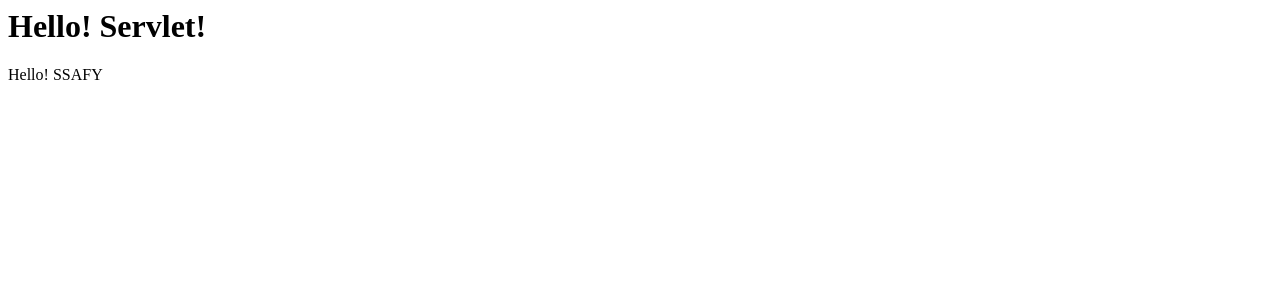
Repository: juhyung1/java_edu_web
Page: http://localhost/BackEnd_01_Servlet/Hello
An editor plug-in stored every save of this project. The page is shown before and after the next save, followed by the edit.
The browser window is 1280 px wide. The pictures show the whole page.
The page is served by Tomcat 10.

Above is the page before, as saved 2026-10-06 00:40:43.

After the next save:
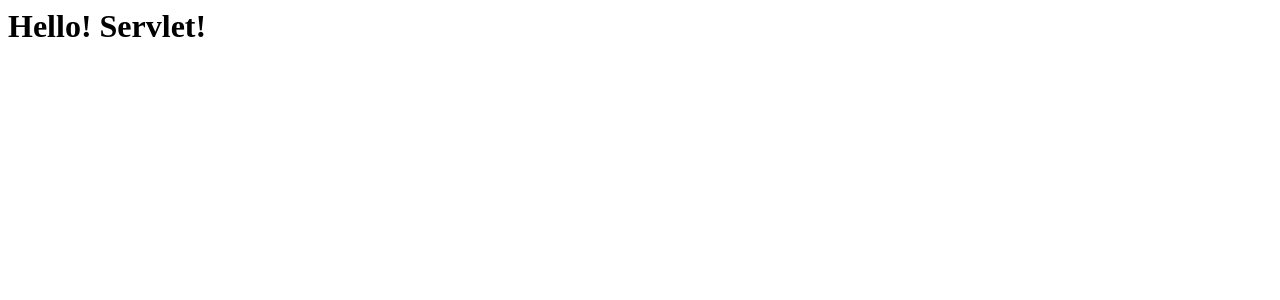
Saved 5 min 23 s later.
--- a/BackEnd_01_Servlet/src/main/java/com/ssafy/servlet/HelloServlet.java
+++ b/BackEnd_01_Servlet/src/main/java/com/ssafy/servlet/HelloServlet.java
@@ -16,26 +16,27 @@
 	protected void doGet(HttpServletRequest request, HttpServletResponse response)
 			throws ServletException, IOException {
 		response.setContentType("text/html;characterset=UTF-8");
+
 		PrintWriter writer = response.getWriter();
-		writer.write("<html>");
-		writer.write("<head>");
-		writer.write("<title>Hello! SSAFY!</title>");
-		writer.write("</head>");
-		writer.write("<body>");
-		writer.write("<h1>Hello! Servlet!</h1>");
-		writer.write("<p>Hello! SSAFY</p>");
-		writer.write("</body>");
-		writer.write("</html>");
+//		writer.write("<html>");
+//		writer.write("<head>");
+//		writer.write("<title>Hello! SSAFY!</title>");
+//		writer.write("</head>");
+//		writer.write("<body>");
+//		writer.write("<h1>Hello! Servlet!</h1>");
+//		writer.write("<p>Hello! SSAFY</p>");
+//		writer.write("</body>");
+//		writer.write("</html>");
 
 		//Java 15 버전에 나온 Block String
-//		writer.write("""
-//		<html>
-//		  <head><title>Hello! SSAFY!</title></head>
-//		  <body>
-//		    <h1>Hello! Servlet!</h1>
-//		  </body>
-//		</html>
-//		""");
+		writer.write("""
+		<html>
+		  <head><title>Hello! SSAFY!</title></head>
+		  <body>
+		    <h1>Hello! Servlet!</h1>
+		  </body>
+		</html>
+		""");
 
 	}
 }
